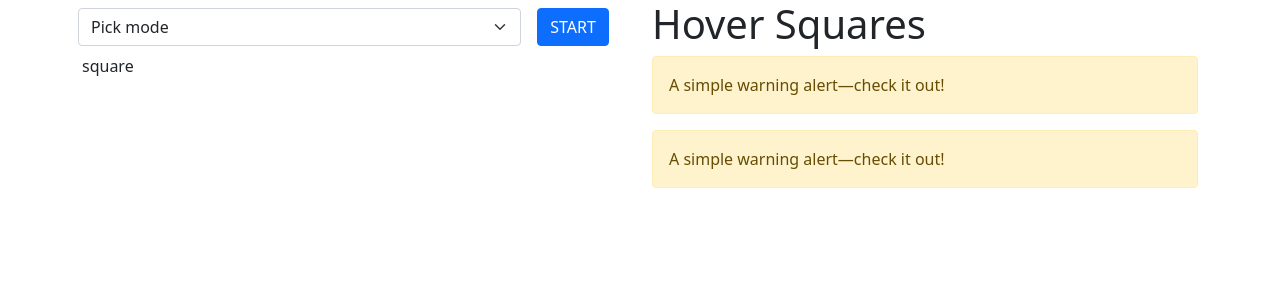
Repository: tsydikov/StarNaviTestTask
Page: /
The author's editor kept a copy of each file at every save. The page is drawn from the files as they stood at one save, then again after the next save.
The browser window is 1280 px wide. The pictures show the whole page.
The project was rebuilt for these pictures with package versions that can differ from the ones it lists, and the page was loaded fresh each time.

Above is the page before, as saved 2021-08-13 10:40:48.

### public/index.html
<!DOCTYPE html>
<html lang="en">
  <head>
    <meta charset="utf-8" />
    <link rel="icon" href="%PUBLIC_URL%/favicon.ico" />
    <meta name="viewport" content="width=device-width, initial-scale=1" />
    <meta name="theme-color" content="#000000" />
    <meta
      name="description"
      content="Web site created using create-react-app"
    />
    <link rel="apple-touch-icon" href="%PUBLIC_URL%/logo192.png" />
    <!--
      manifest.json provides metadata used when your web app is installed on a
      user's mobile device or desktop. See https://developers.google.com/web/fundamentals/web-app-manifest/
    -->
    <link rel="manifest" href="%PUBLIC_URL%/manifest.json" />
    <link href="https://cdn.jsdelivr.net/npm/bootstrap@5.1.0/dist/css/bootstrap.min.css" rel="stylesheet" integrity="sha384-KyZXEAg3QhqLMpG8r+8fhAXLRk2vvoC2f3B09zVXn8CA5QIVfZOJ3BCsw2P0p/We" crossorigin="anonymous">
    <!--
      Notice the use of %PUBLIC_URL% in the tags above.
      It will be replaced with the URL of the `public` folder during the build.
      Only files inside the `public` folder can be referenced from the HTML.

      Unlike "/favicon.ico" or "favicon.ico", "%PUBLIC_URL%/favicon.ico" will
      work correctly both with client-side routing and a non-root public URL.
      Learn how to configure a non-root public URL by running `npm run build`.
    -->
    <title>React App</title>
  </head>
  <body>
    <noscript>You need to enable JavaScript to run this app.</noscript>
    <div id="root"></div>
    <!--
      This HTML file is a template.
      If you open it directly in the browser, you will see an empty page.

      You can add webfonts, meta tags, or analytics to this file.
      The build step will place the bundled scripts into the <body> tag.

      To begin the development, run `npm start` or `yarn start`.
      To create a production bundle, use `npm run build` or `yarn build`.
    -->
  </body>
</html>

### src/App.js
import React from 'react'
import './App.css'

function App() {
  return (
    <div className="container">
      <div className="row ">
        <div className="col">
          <div className="row">
            <div className="col p-2">
              <select class="form-select p" aria-label="Default select example">
                <option selected>Pick mode</option>
                <option value="1">Easy</option>
                <option value="2">Normal</option>
                <option value="3">Hard</option>
              </select>
              <button type="button" class="btn btn-primary">START</button>
            </div>
          </div>
          <div className="row">
            <div className="col">
              square
            </div>
          </div>
        </div>
        <div className="col">
          <h1>Hover Squares</h1>
          <div class="alert alert-warning" role="alert">
            A simple warning alert—check it out!
          </div>
            <div class="alert alert-warning" role="alert">
              A simple warning alert—check it out!
            </div>
        </div>
      </div>
    </div>
  );
}

export default App;

### src/App.css
.p {
    float: left;
    width: 80%;
    margin-right: 1rem;
}

Loaded but not shown: src/index.js (common file); src/reportWebVitals.js (common file)

After the next save:
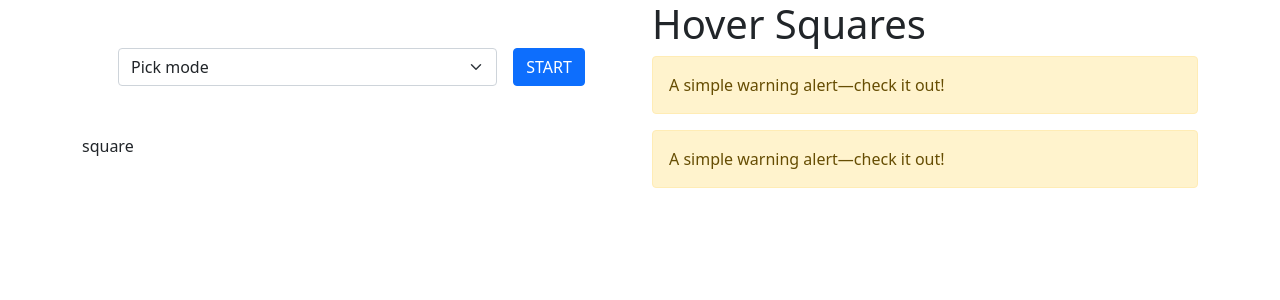
Saved 11 s later.
--- a/src/App.js
+++ b/src/App.js
@@ -7,7 +7,7 @@ function App() {
       <div className="row ">
         <div className="col">
           <div className="row">
-            <div className="col p-2">
+            <div className="col p-5">
               <select class="form-select p" aria-label="Default select example">
                 <option selected>Pick mode</option>
                 <option value="1">Easy</option>
